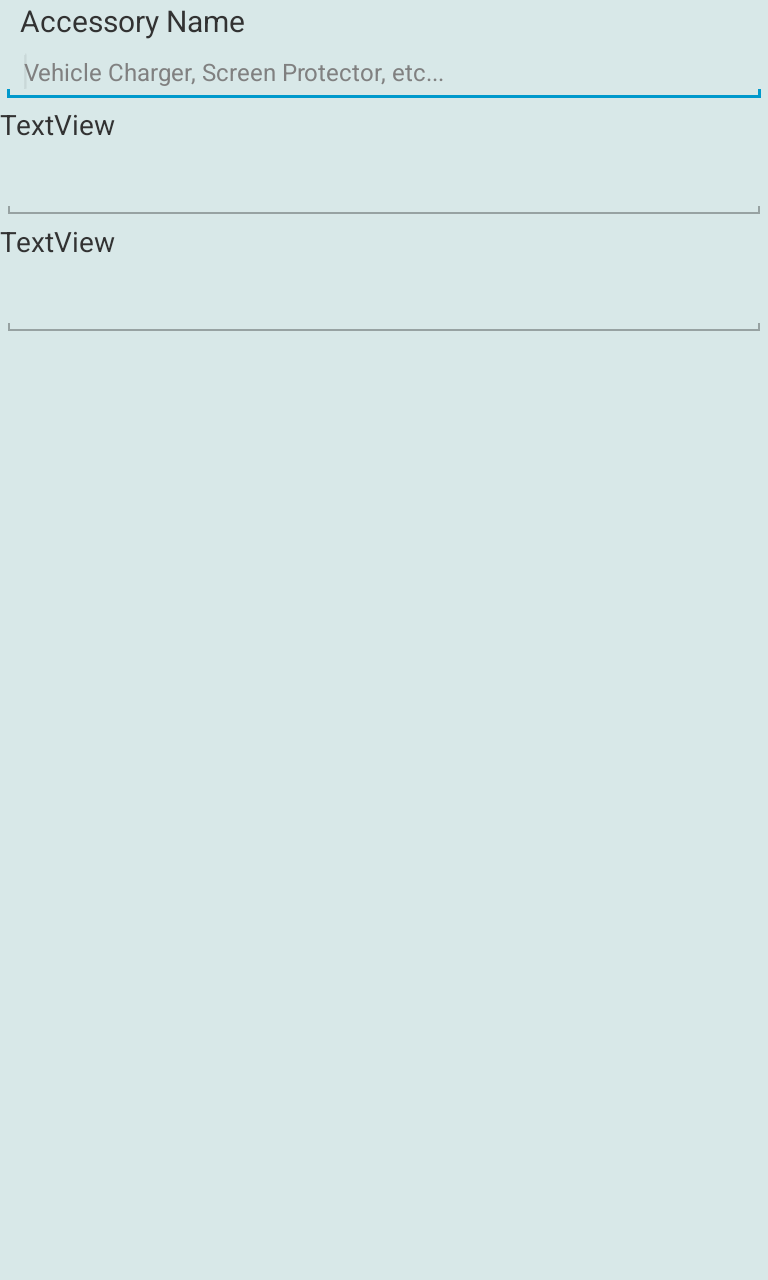
Repository: jemcphe/XCell
Layout: XCell/res/layout/frag_accessories.xml
These files come from the project's save history. The layout is drawn as it stood at one moment and after the next save; the edit follows.
It is drawn on a 768 x 1280 px phone screen (xhdpi) without system bars, with theme Theme.Xcell; the app's code is not run.

Above is the layout before, as saved 2013-08-16 02:35:22.

### XCell/res/layout/frag_accessories.xml
<?xml version="1.0" encoding="utf-8"?>
<LinearLayout xmlns:android="http://schemas.android.com/apk/res/android"
    android:id="@+id/frag_accessories"
    android:layout_width="match_parent"
    android:layout_height="match_parent"
    android:background="@color/background_xcell"
    android:orientation="vertical" >

    <TextView
        android:layout_width="300dp"
        android:layout_height="wrap_content"
        android:textSize="15dp"
        android:layout_marginLeft="10dp"
        android:text="Accessory Name"/>

    <EditText
        android:id="@+id/editText1"
        android:layout_width="match_parent"
        android:layout_height="wrap_content"
        android:hint="Vehicle Charger, Screen Protector, etc..."
        android:textSize="12sp">

        <requestFocus />
    </EditText>

    <TextView
        android:id="@+id/textView1"
        android:layout_width="wrap_content"
        android:layout_height="wrap_content"
        android:text="TextView" />

    <EditText
        android:id="@+id/editText2"
        android:layout_width="match_parent"
        android:layout_height="wrap_content"
        android:ems="10"
        android:inputType="numberDecimal" />

    <TextView
        android:id="@+id/textView2"
        android:layout_width="wrap_content"
        android:layout_height="wrap_content"
        android:text="TextView" />

    <EditText
        android:id="@+id/editText3"
        android:layout_width="match_parent"
        android:layout_height="wrap_content"
        android:ems="10"
        android:inputType="number" />

</LinearLayout>

### XCell/res/values/styles_xcell.xml
<?xml version="1.0" encoding="utf-8"?>

<resources>

    <style name="Theme.Xcell" parent="@android:style/Theme.Holo.Light">
        <item name="android:actionBarItemBackground">@drawable/selectable_background_xcell</item>
        <item name="android:popupMenuStyle">@style/PopupMenu.Xcell</item>
        <item name="android:dropDownListViewStyle">@style/DropDownListView.Xcell</item>
        <item name="android:actionBarTabStyle">@style/ActionBarTabStyle.Xcell</item>
        <item name="android:actionDropDownStyle">@style/DropDownNav.Xcell</item>
        <item name="android:actionBarStyle">@style/ActionBar.Solid.Xcell</item>
        <item name="android:actionModeBackground">@drawable/cab_background_top_xcell</item>
        <item name="android:actionModeSplitBackground">@drawable/cab_background_bottom_xcell</item>
        <item name="android:actionModeCloseButtonStyle">@style/ActionButton.CloseMode.Xcell</item>


    </style>

    <style name="ActionBar.Solid.Xcell" parent="@android:style/Widget.Holo.Light.ActionBar.Solid">
        <item name="android:background">@drawable/ab_background_textured_xcell</item>
        <item name="android:backgroundStacked">@drawable/ab_stacked_solid_xcell</item>
        <item name="android:backgroundSplit">@drawable/ab_background_textured_xcell</item>
        <item name="android:progressBarStyle">@style/ProgressBar.Xcell</item>
    </style>

    <style name="ActionBar.Transparent.Xcell" parent="@android:style/Widget.Holo.Light.ActionBar">
        <item name="android:background">@drawable/ab_transparent_xcell</item>
        <item name="android:progressBarStyle">@style/ProgressBar.Xcell</item>
    </style>

    <style name="PopupMenu.Xcell" parent="@android:style/Widget.Holo.Light.ListPopupWindow">
        <item name="android:popupBackground">@drawable/menu_dropdown_panel_xcell</item>
    </style>

    <style name="DropDownListView.Xcell" parent="@android:style/Widget.Holo.Light.ListView.DropDown">
        <item name="android:listSelector">@drawable/selectable_background_xcell</item>
    </style>

    <style name="ActionBarTabStyle.Xcell" parent="@android:style/Widget.Holo.Light.ActionBar.TabView">
        <item name="android:background">@drawable/tab_indicator_ab_xcell</item>
    </style>

    <style name="DropDownNav.Xcell" parent="@android:style/Widget.Holo.Light.Spinner">
        <item name="android:background">@drawable/spinner_background_ab_xcell</item>
        <item name="android:popupBackground">@drawable/menu_dropdown_panel_xcell</item>
        <item name="android:dropDownSelector">@drawable/selectable_background_xcell</item>
    </style>

    <style name="ProgressBar.Xcell" parent="@android:style/Widget.Holo.Light.ProgressBar.Horizontal">
        <item name="android:progressDrawable">@drawable/progress_horizontal_xcell</item>
    </style>

    <style name="ActionButton.CloseMode.Xcell" parent="@android:style/Widget.Holo.Light.ActionButton.CloseMode">
        <item name="android:background">@drawable/btn_cab_done_xcell</item>
    </style>

    <!-- this style is only referenced in a Light.DarkActionBar based theme -->
    <style name="Theme.Xcell.Widget" parent="@android:style/Theme.Holo">
        <item name="android:popupMenuStyle">@style/PopupMenu.Xcell</item>
        <item name="android:dropDownListViewStyle">@style/DropDownListView.Xcell</item>
    </style>

</resources>

### XCell/res/drawable/selectable_background_xcell.xml
<?xml version="1.0" encoding="utf-8"?>
<!-- File created by the Android Action Bar Style Generator

     Copyright (C) 2011 The Android Open Source Project
     Copyright (C) 2012 readyState Software Ltd

     Licensed under the Apache License, Version 2.0 (the "License");
     you may not use this file except in compliance with the License.
     You may obtain a copy of the License at

          http://www.apache.org/licenses/LICENSE-2.0

     Unless required by applicable law or agreed to in writing, software
     distributed under the License is distributed on an "AS IS" BASIS,
     WITHOUT WARRANTIES OR CONDITIONS OF ANY KIND, either express or implied.
     See the License for the specific language governing permissions and
     limitations under the License.
-->

<selector xmlns:android="http://schemas.android.com/apk/res/android"
        android:exitFadeDuration="@android:integer/config_mediumAnimTime" >
    <item android:state_pressed="false" android:state_focused="true" android:drawable="@drawable/list_focused_xcell" />
    <item android:state_pressed="true" android:drawable="@drawable/pressed_background_xcell" />
    <item android:drawable="@android:color/transparent" />
</selector>

### XCell/res/drawable/btn_cab_done_xcell.xml
<?xml version="1.0" encoding="utf-8"?>
<!-- File created by the Android Action Bar Style Generator

     Copyright (C) 2011 The Android Open Source Project
     Copyright (C) 2012 readyState Software Ltd

     Licensed under the Apache License, Version 2.0 (the "License");
     you may not use this file except in compliance with the License.
     You may obtain a copy of the License at

          http://www.apache.org/licenses/LICENSE-2.0

     Unless required by applicable law or agreed to in writing, software
     distributed under the License is distributed on an "AS IS" BASIS,
     WITHOUT WARRANTIES OR CONDITIONS OF ANY KIND, either express or implied.
     See the License for the specific language governing permissions and
     limitations under the License.
-->

<selector xmlns:android="http://schemas.android.com/apk/res/android">
    <item android:state_pressed="true"
        android:drawable="@drawable/btn_cab_done_pressed_xcell" />
    <item android:state_focused="true" android:state_enabled="true"
        android:drawable="@drawable/btn_cab_done_focused_xcell" />
    <item android:state_enabled="true"
        android:drawable="@drawable/btn_cab_done_default_xcell" />
</selector>

### XCell/res/drawable/ab_background_textured_xcell.xml
<?xml version="1.0" encoding="utf-8"?>
<!-- File created by the Android Action Bar Style Generator

     Copyright (C) 2012 readyState Software Ltd

     Licensed under the Apache License, Version 2.0 (the "License");
     you may not use this file except in compliance with the License.
     You may obtain a copy of the License at

          http://www.apache.org/licenses/LICENSE-2.0

     Unless required by applicable law or agreed to in writing, software
     distributed under the License is distributed on an "AS IS" BASIS,
     WITHOUT WARRANTIES OR CONDITIONS OF ANY KIND, either express or implied.
     See the License for the specific language governing permissions and
     limitations under the License.
-->

<bitmap xmlns:android="http://schemas.android.com/apk/res/android"
    android:src="@drawable/ab_texture_tile_xcell"
    android:tileMode="repeat" />

### XCell/res/drawable/progress_horizontal_xcell.xml
<?xml version="1.0" encoding="utf-8"?>
<!-- File created by the Android Action Bar Style Generator

     Copyright (C) 2011 The Android Open Source Project
     Copyright (C) 2012 readyState Software Ltd

     Licensed under the Apache License, Version 2.0 (the "License");
     you may not use this file except in compliance with the License.
     You may obtain a copy of the License at

          http://www.apache.org/licenses/LICENSE-2.0

     Unless required by applicable law or agreed to in writing, software
     distributed under the License is distributed on an "AS IS" BASIS,
     WITHOUT WARRANTIES OR CONDITIONS OF ANY KIND, either express or implied.
     See the License for the specific language governing permissions and
     limitations under the License.
-->

<layer-list xmlns:android="http://schemas.android.com/apk/res/android">

    <item android:id="@android:id/background"
          android:drawable="@drawable/progress_bg_xcell" />

    <item android:id="@android:id/secondaryProgress">
        <scale android:scaleWidth="100%"
               android:drawable="@drawable/progress_secondary_xcell" />
    </item>

    <item android:id="@android:id/progress">
        <scale android:scaleWidth="100%"
               android:drawable="@drawable/progress_primary_xcell" />
    </item>

</layer-list>

### XCell/res/drawable/spinner_background_ab_xcell.xml
<?xml version="1.0" encoding="utf-8"?>
<!-- File created by the Android Action Bar Style Generator

     Copyright (C) 2011 The Android Open Source Project
     Copyright (C) 2012 readyState Software Ltd

     Licensed under the Apache License, Version 2.0 (the "License");
     you may not use this file except in compliance with the License.
     You may obtain a copy of the License at

          http://www.apache.org/licenses/LICENSE-2.0

     Unless required by applicable law or agreed to in writing, software
     distributed under the License is distributed on an "AS IS" BASIS,
     WITHOUT WARRANTIES OR CONDITIONS OF ANY KIND, either express or implied.
     See the License for the specific language governing permissions and
     limitations under the License.
-->

<selector xmlns:android="http://schemas.android.com/apk/res/android">
    <item android:state_enabled="false"
        android:drawable="@drawable/spinner_ab_disabled_xcell" />
    <item android:state_pressed="true"
        android:drawable="@drawable/spinner_ab_pressed_xcell" />
    <item android:state_pressed="false" android:state_focused="true"
        android:drawable="@drawable/spinner_ab_focused_xcell" />
    <item android:drawable="@drawable/spinner_ab_default_xcell" />
</selector>

### XCell/res/drawable/tab_indicator_ab_xcell.xml
<?xml version="1.0" encoding="utf-8"?>
<!-- File created by the Android Action Bar Style Generator

     Copyright (C) 2011 The Android Open Source Project
     Copyright (C) 2012 readyState Software Ltd

     Licensed under the Apache License, Version 2.0 (the "License");
     you may not use this file except in compliance with the License.
     You may obtain a copy of the License at

          http://www.apache.org/licenses/LICENSE-2.0

     Unless required by applicable law or agreed to in writing, software
     distributed under the License is distributed on an "AS IS" BASIS,
     WITHOUT WARRANTIES OR CONDITIONS OF ANY KIND, either express or implied.
     See the License for the specific language governing permissions and
     limitations under the License.
-->

<selector xmlns:android="http://schemas.android.com/apk/res/android">
    <!-- Non focused states -->
    <item android:state_focused="false" android:state_selected="false" android:state_pressed="false" android:drawable="@android:color/transparent" />
    <item android:state_focused="false" android:state_selected="true"  android:state_pressed="false" android:drawable="@drawable/tab_selected_xcell" />

    <!-- Focused states -->
    <item android:state_focused="true" android:state_selected="false" android:state_pressed="false" android:drawable="@drawable/tab_unselected_focused_xcell" />
    <item android:state_focused="true" android:state_selected="true"  android:state_pressed="false" android:drawable="@drawable/tab_selected_focused_xcell" />

    <!-- Pressed -->
    <!--    Non focused states -->
    <item android:state_focused="false" android:state_selected="false" android:state_pressed="true" android:drawable="@drawable/tab_unselected_pressed_xcell" />
    <item android:state_focused="false" android:state_selected="true"  android:state_pressed="true" android:drawable="@drawable/tab_selected_pressed_xcell" />

    <!--    Focused states -->
    <item android:state_focused="true" android:state_selected="false" android:state_pressed="true" android:drawable="@drawable/tab_unselected_pressed_xcell" />
    <item android:state_focused="true" android:state_selected="true"  android:state_pressed="true" android:drawable="@drawable/tab_selected_pressed_xcell" />
</selector>

### XCell/res/drawable/pressed_background_xcell.xml
<?xml version="1.0" encoding="utf-8"?>
<!-- File created by the Android Action Bar Style Generator

     Copyright (C) 2011 The Android Open Source Project
     Copyright (C) 2012 readyState Software Ltd

     Licensed under the Apache License, Version 2.0 (the "License");
     you may not use this file except in compliance with the License.
     You may obtain a copy of the License at

          http://www.apache.org/licenses/LICENSE-2.0

     Unless required by applicable law or agreed to in writing, software
     distributed under the License is distributed on an "AS IS" BASIS,
     WITHOUT WARRANTIES OR CONDITIONS OF ANY KIND, either express or implied.
     See the License for the specific language governing permissions and
     limitations under the License.
-->

<shape xmlns:android="http://schemas.android.com/apk/res/android" android:shape="rectangle">
    <solid android:color="@color/pressed_xcell" />
</shape>

### XCell/res/values/colors_xcell.xml
<?xml version="1.0" encoding="utf-8"?>
<!-- File created by the Android Action Bar Style Generator

     Copyright (C) 2011 The Android Open Source Project
     Copyright (C) 2012 readyState Software Ltd

     Licensed under the Apache License, Version 2.0 (the "License");
     you may not use this file except in compliance with the License.
     You may obtain a copy of the License at

          http://www.apache.org/licenses/LICENSE-2.0

     Unless required by applicable law or agreed to in writing, software
     distributed under the License is distributed on an "AS IS" BASIS,
     WITHOUT WARRANTIES OR CONDITIONS OF ANY KIND, either express or implied.
     See the License for the specific language governing permissions and
     limitations under the License.
-->

<resources>
    <color name="pressed_xcell">#CC33B5E5</color>
    <color name="background_xcell">#d8e8e8</color>
    <color name="xcell_blue">#12679b</color>
</resources>

After the next save:
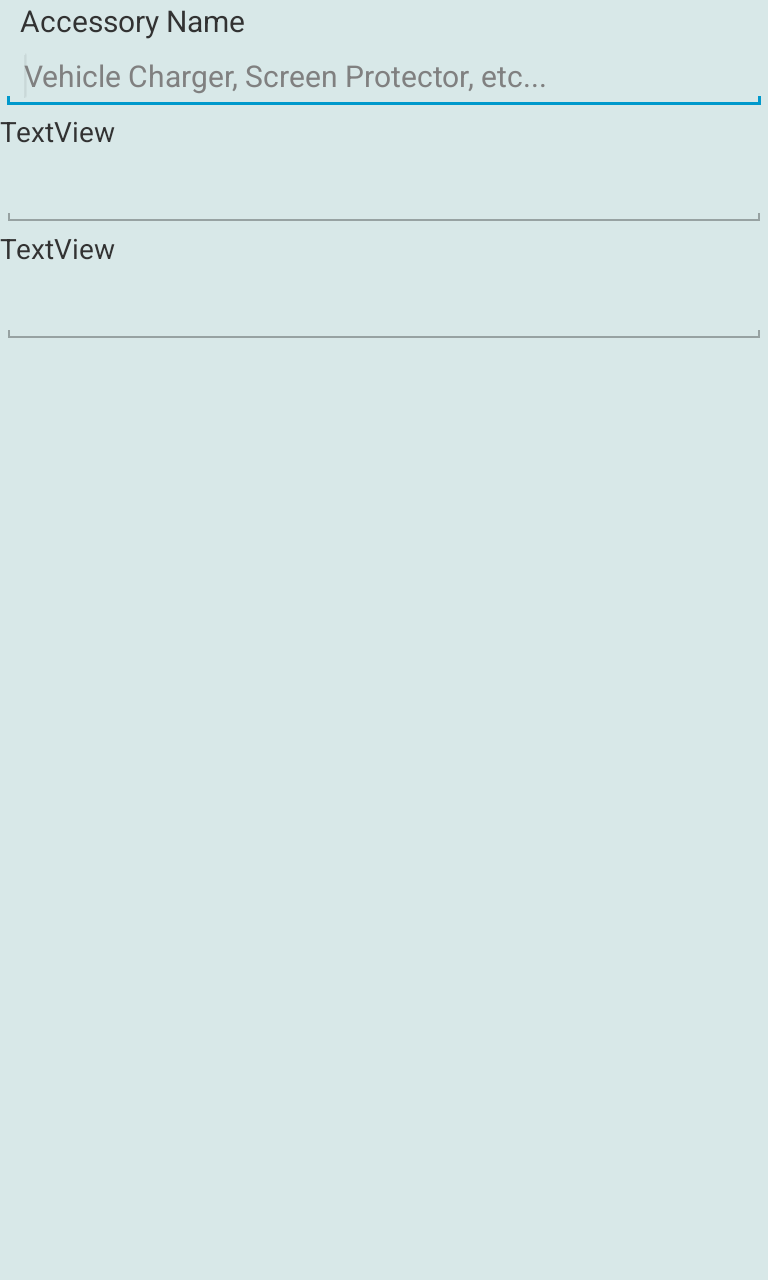
Saved 8 s later.
--- a/XCell/res/layout/frag_accessories.xml
+++ b/XCell/res/layout/frag_accessories.xml
@@ -18,7 +18,7 @@
         android:layout_width="match_parent"
         android:layout_height="wrap_content"
         android:hint="Vehicle Charger, Screen Protector, etc..."
-        android:textSize="12sp">
+        android:textSize="15sp">
 
         <requestFocus />
     </EditText>
